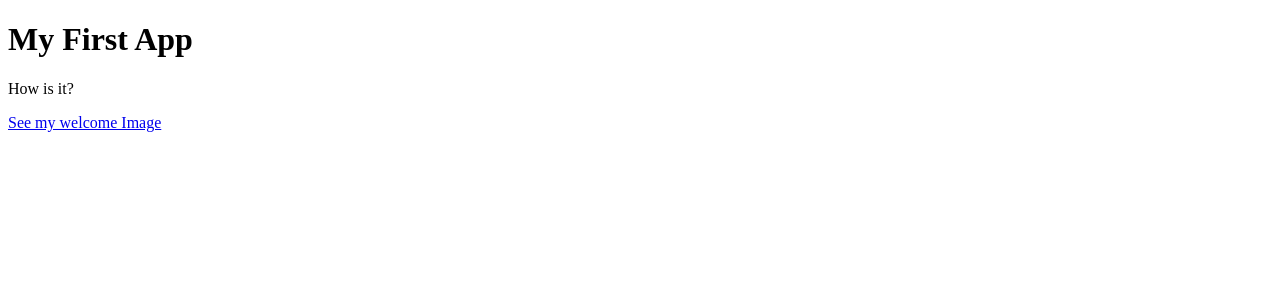
Repository: mksaini026/Java_Program
Page: TestWeb/WebContent/HomePage.html
These files come from the project's save history. The page is drawn as it stood at one moment and after the next save; the edit follows.
The browser window is 1280 px wide. The pictures show the whole page.

Above is the page before, as saved 2019-10-23 08:06:18.

### TestWeb/WebContent/HomePage.html
<!DOCTYPE html>
<html>
<head>
<meta charset="ISO-8859-1">
<title>Insert title here</title>
</head>
<body>
<h1>My First App</h1>
<p>How is it?</p>
<a href="http://localhost:8080/TestWeb/Test.html">See my welcome Image</a>
</body>
</html>

After the next save:
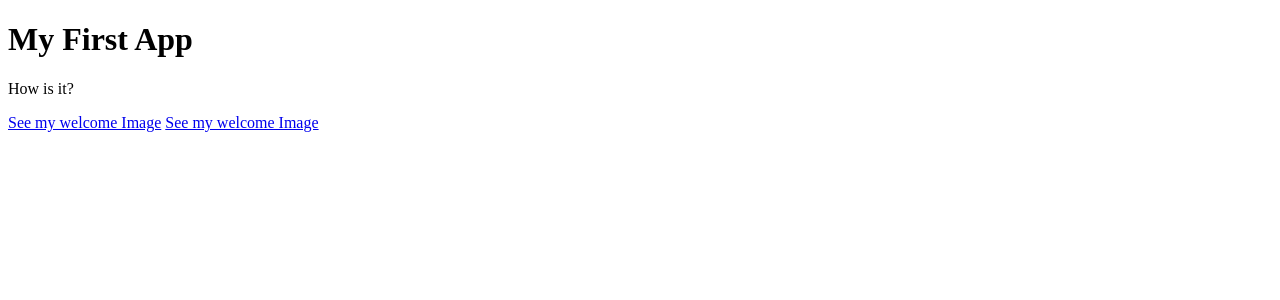
Saved 2 min 57 s later.
--- a/TestWeb/WebContent/HomePage.html
+++ b/TestWeb/WebContent/HomePage.html
@@ -8,5 +8,7 @@
 <h1>My First App</h1>
 <p>How is it?</p>
 <a href="http://localhost:8080/TestWeb/Test.html">See my welcome Image</a>
+<a href="Me and Pa.jpg">See my welcome Image</a>
+
 </body>
 </html>
